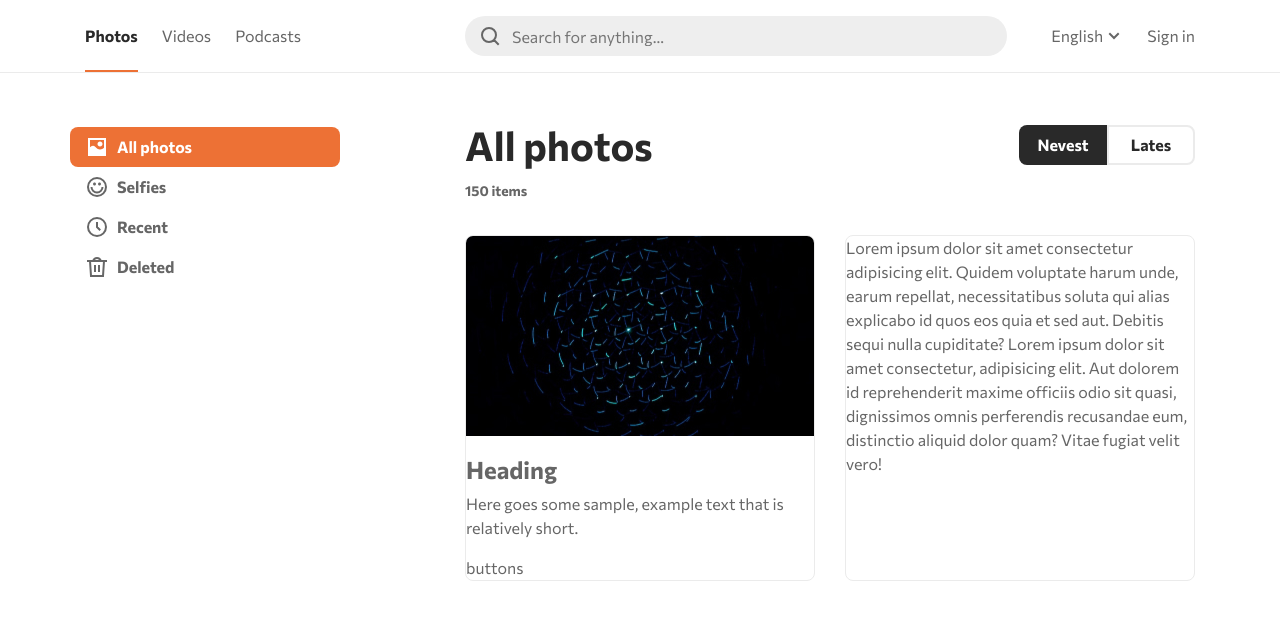
Repository: densavi/djinni
Page: index.html
These files come from the project's save history. The page is drawn as it stood at one moment and after the next save; the edit follows.
The browser window is 1280 px wide. The pictures show the whole page.
The style sheet was rebuilt from its Sass, Less or Tailwind sources for each picture, by a compiler version that may differ from the author's.

Above is the page before, as saved 2023-04-11 00:13:49.

After the next save:
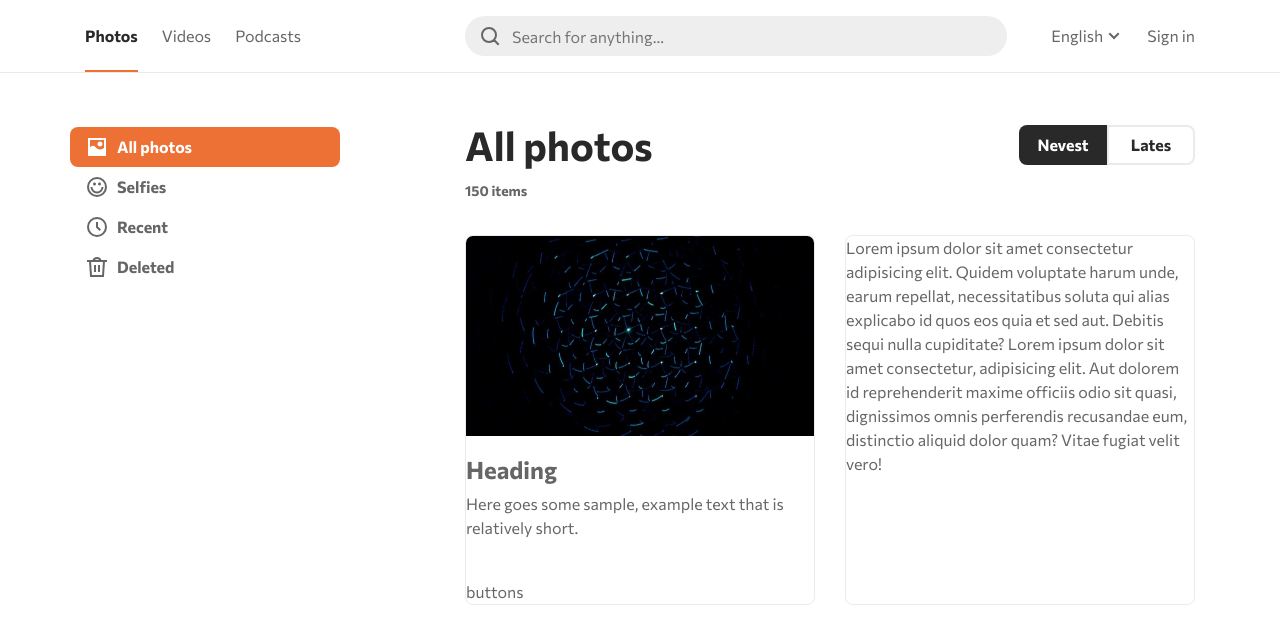
Saved 12 s later.
--- a/css/components/_post.scss
+++ b/css/components/_post.scss
@@ -3,6 +3,7 @@
   border-radius: 8px;
   overflow: hidden;
   height: 100%;
+  margin-bottom: 24px;
   &__info {
     flex: 1;
   }
